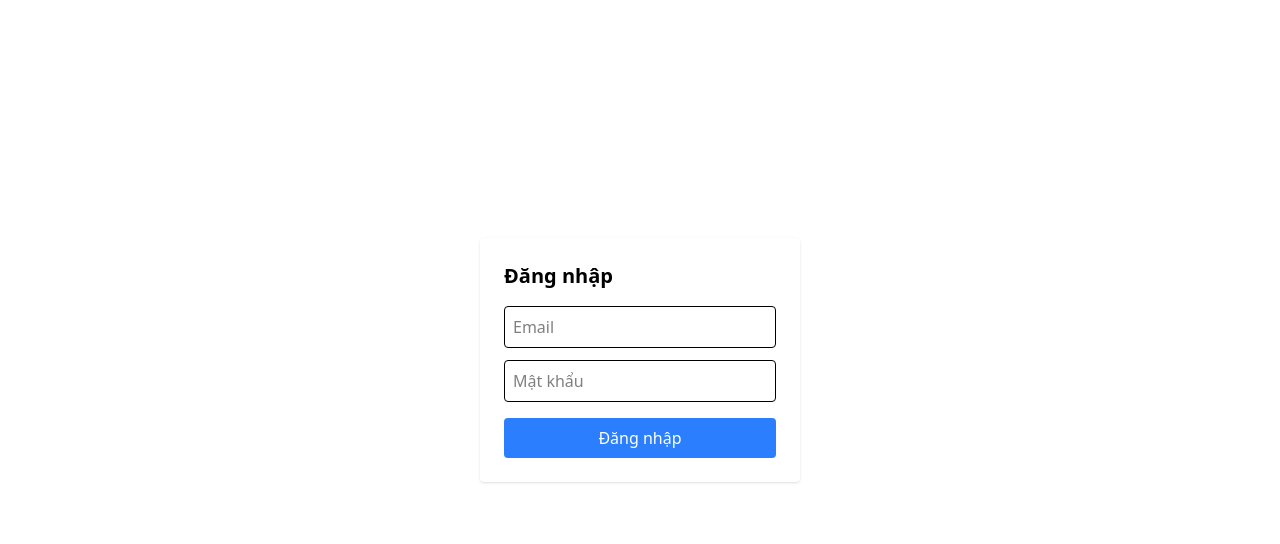
Repository: nguynd/school-managerment
Page: /dashboard (app in fe/)
The author's editor kept a copy of each file at every save. The page is drawn from the files as they stood at one save, then again after the next save.
The browser window is 1280 px wide. The pictures show the whole page.
The project was rebuilt for these pictures with package versions that can differ from the ones it lists, and the page was loaded fresh each time. Some packages were replaced by stand-ins written for this rebuild. Also part of the build but not shown: fe/vite.config.js, fe/src/components/Header.jsx, fe/src/components/Sidebar.jsx, fe/src/services/DashboardAPI.jsx, fe/src/services/HomeroomAPI.jsx, fe/src/components/HomeroomDashboard.jsx, fe/src/components/SubjectDashboard.jsx, fe/src/components/Dashboard.jsx and 1 more. Imported but missing from the stored project, and not drawn on this page: fe/src/components/ClassManagement, fe/src/components/StudentManagement, fe/src/components/SubjectManagement, fe/src/components/UserManagement.

Above is the page before, as saved 2025-06-12 01:45:17.

After the next save:
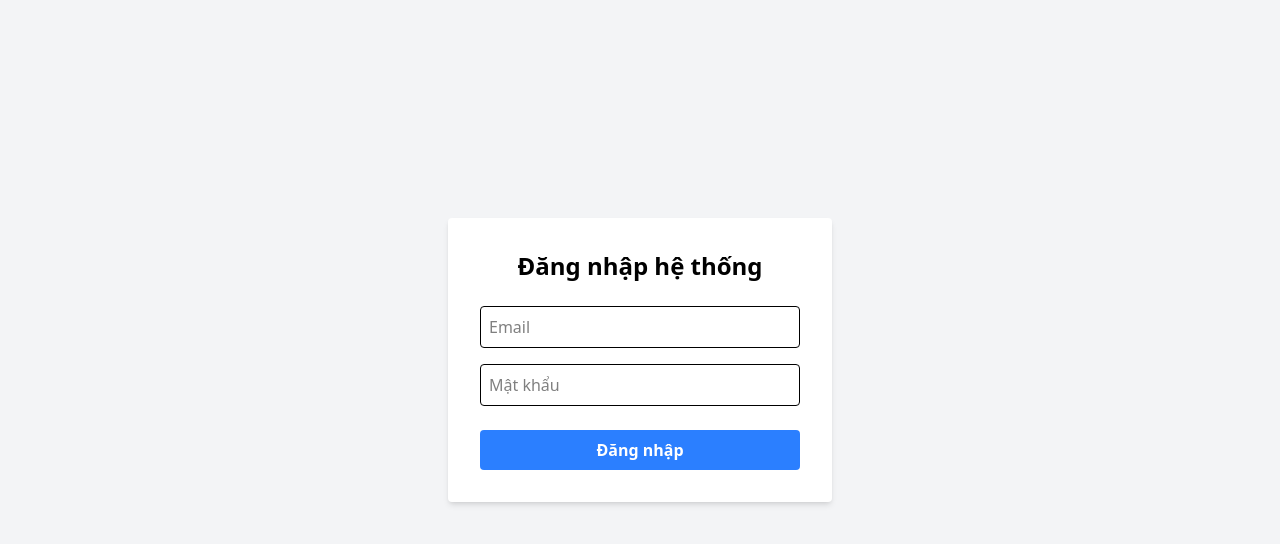
Saved 7 s later.
--- a/fe/src/components/Login.jsx
+++ b/fe/src/components/Login.jsx
@@ -1,36 +1,41 @@
 import { useState } from "react";
 import { useNavigate } from "react-router-dom";
-import axios from "axios";
+import axios from "../services/axiosClient"; // ✅ import axiosClient đã cấu hình token
 
 function Login() {
   const [email, setEmail] = useState("");
   const [password, setPassword] = useState("");
+  const [loading, setLoading] = useState(false);
   const navigate = useNavigate();
 
   const handleLogin = async (e) => {
     e.preventDefault();
+    setLoading(true);
     try {
-      const res = await axios.post("http://localhost:5000/api/login", { email, password });
+      const res = await axios.post("/login", { email, password });
 
       localStorage.setItem("token", res.data.token);
       localStorage.setItem("user", JSON.stringify(res.data.user));
-      navigate("/dashboard"); // ✅ Redirect sau khi đăng nhập
+
+      navigate("/dashboard?tab=homeroom"); // ✅ Chuyển hướng sau login
     } catch (err) {
-      alert("Đăng nhập thất bại");
+      alert("Đăng nhập thất bại: " + (err.response?.data?.error || "Lỗi server"));
       console.error(err);
+    } finally {
+      setLoading(false);
     }
   };
 
   return (
-    <div className="min-h-screen flex items-center justify-center">
-      <form onSubmit={handleLogin} className="bg-white p-6 rounded shadow w-80">
-        <h2 className="text-xl font-semibold mb-4">Đăng nhập</h2>
+    <div className="min-h-screen flex items-center justify-center bg-gray-100">
+      <form onSubmit={handleLogin} className="bg-white p-8 rounded shadow-md w-96">
+        <h2 className="text-2xl font-bold mb-6 text-center">Đăng nhập hệ thống</h2>
         <input
           type="email"
           placeholder="Email"
           value={email}
           onChange={(e) => setEmail(e.target.value)}
-          className="w-full border p-2 mb-3 rounded"
+          className="w-full border p-2 mb-4 rounded"
           required
         />
         <input
@@ -38,11 +43,15 @@ function Login() {
           placeholder="Mật khẩu"
           value={password}
           onChange={(e) => setPassword(e.target.value)}
-          className="w-full border p-2 mb-4 rounded"
+          className="w-full border p-2 mb-6 rounded"
           required
         />
-        <button type="submit" className="w-full bg-blue-500 text-white p-2 rounded">
-          Đăng nhập
+        <button
+          type="submit"
+          disabled={loading}
+          className="w-full bg-blue-500 hover:bg-blue-600 text-white font-semibold p-2 rounded"
+        >
+          {loading ? "Đang đăng nhập..." : "Đăng nhập"}
         </button>
       </form>
     </div>
